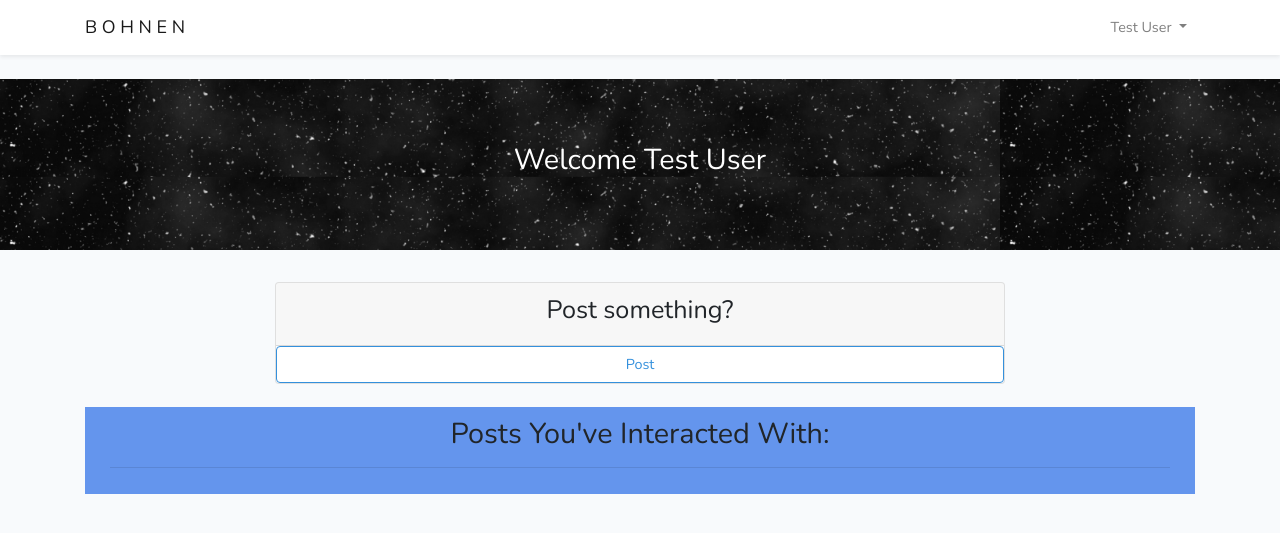
Repository: davidbohnen/BOHNEN
Page: http://localhost/home
An editor plug-in stored every save of this project. The page is shown before and after the next save, followed by the edit.
The browser window is 1280 px wide. The pictures show the whole page.
The page is served by the project's Laravel application, run on PHP 8.4 with Laravel 8. A made-up administrator, Test User (test@example.com), is signed in. Other server files are loaded and not shown.

Above is the page before, as saved 2020-05-05 22:43:24.

### routes/web.php
<?php

use Illuminate\Support\Facades\Route;

/*
|--------------------------------------------------------------------------
| Web Routes
|--------------------------------------------------------------------------
|
| Here is where you can register web routes for your application. These
| routes are loaded by the RouteServiceProvider within a group which
| contains the "web" middleware group. Now create something great!
|
*/

Route::get('/', function () {
    return view('welcome');
});

Auth::routes();

Route::get('/home', 'HomeController@index')->name('home');

Route::get('/post/create', 'PostController@create');
Route::post('/post', 'PostController@store');
Route::get('/warn', 'IndexController@warn');
Route::get('/post/{post}', 'PostController@show');

Route::get('/public', 'IndexController@public');

Route::get('/news', 'IndexController@news');
Route::get('/nope', 'IndexController@nope');


Route::get('/about', 'IndexController@about');
Route::get('/more', 'IndexController@more');
Route::get('/history', 'IndexController@history');
Route::get('/record', 'IndexController@record');
Route::get('/contact', 'IndexController@contact');
Route::get('/live', 'IndexController@live');

### app/User.php
<?php

namespace App;

use Illuminate\Contracts\Auth\MustVerifyEmail;
use Illuminate\Foundation\Auth\User as Authenticatable;
use Illuminate\Notifications\Notifiable;

class User extends Authenticatable
{
    use Notifiable;

    /**
     * The attributes that are mass assignable.
     *
     * @var array
     */
    protected $fillable = [
        'name', 'email', 'password',
    ];

    /**
     * The attributes that should be hidden for arrays.
     *
     * @var array
     */
    protected $hidden = [
        'password', 'remember_token',
    ];

    /**
     * The attributes that should be cast to native types.
     *
     * @var array
     */
    protected $casts = [
        'email_verified_at' => 'datetime',
    ];


    public function post(){
        return $this->hasMany(Post::class);
    }

}

### resources/views/home.blade.php
@extends('layouts.app')

@section('content')

<div class="jumbotron jumbotron-fluid" style= " background-image: url( images/galaback.png ) ; background-size: 1000px;">
      <div class="container" style= "text-align: center; color: white;">
        <h2> Welcome  {{ Auth::user()->name }}  </h2>

      </div>
    </div>

<div class="container">
    <div class="row justify-content-center">
        <div class="col-md-8">
            <div class="card">
                <div class="card-header" style="text-align: center"><h3> Post something?</h3></div>

                <div class="card-body;">
                    @if (session('status'))
                        <div class="alert alert-success" role="alert">
                            {{ session('status') }}
                        </div>
                    @endif

                <a href="/post/create" class="btn btn-outline-primary my-2 my-sm-0" style=" width:100%" >Post</a>

                </div>
            </div>
        </div>


    </div>
    <br>

    <div class="container"  class="row justify-content-center" style = "background-color:cornflowerblue">
    <div style="text-align:center;padding:10px" >
        <h2>Posts You've Interacted With:</h2>
            <hr>
        </div>
    </div>
    </div>


@endsection

### resources/views/layouts/app.blade.php
<!doctype html>
<html lang="{{ str_replace('_', '-', app()->getLocale()) }}">
<head>
    <meta charset="utf-8">
    <meta name="viewport" content="width=device-width, initial-scale=1">

    <!-- CSRF Token -->
    <meta name="csrf-token" content="{{ csrf_token() }}">

    <title>{{ config('BOHNEN', 'B O H N E N') }}</title>


    <!-- Scripts -->
    <script src="{{ asset('js/app.js') }}" defer></script>

    <!-- Fonts -->
    <link rel="dns-prefetch" href="//fonts.gstatic.com">
    <link href="https://fonts.googleapis.com/css?family=Nunito" rel="stylesheet">

    <!-- Styles -->
    <link href="{{ asset('css/app.css') }}" rel="stylesheet">
</head>
<body>
    <div id="app">
        <nav class="navbar navbar-expand-md navbar-light bg-white shadow-sm">
            <div class="container">
                <a class="navbar-brand" href="{{ url('/') }}">
                    {{ config('BOHNEN', 'B O H N E N') }}
                </a>
                <button class="navbar-toggler" type="button" data-toggle="collapse" data-target="#navbarSupportedContent" aria-controls="navbarSupportedContent" aria-expanded="false" aria-label="{{ __('Toggle navigation') }}">
                    <span class="navbar-toggler-icon"></span>
                </button>

                <div class="collapse navbar-collapse" id="navbarSupportedContent">
                    <!-- Left Side Of Navbar -->
                    <ul class="navbar-nav mr-auto">

                    </ul>

                    <!-- Right Side Of Navbar -->
                    <ul class="navbar-nav ml-auto">
                        <!-- Authentication Links -->
                        @guest
                            <li class="nav-item">
                                <a class="nav-link" href="{{ route('login') }}">{{ __('Login') }}</a>
                            </li>
                            @if (Route::has('register'))
                                <li class="nav-item">
                                    <a class="nav-link" href="{{ route('register') }}">{{ __('Register') }}</a>
                                </li>
                            @endif
                        @else
                            <li class="nav-item dropdown">
                                <a id="navbarDropdown" class="nav-link dropdown-toggle" href="#" role="button" data-toggle="dropdown" aria-haspopup="true" aria-expanded="false" v-pre>
                                    {{ Auth::user()->name }} <span class="caret"></span>
                                </a>

                                <div class="dropdown-menu dropdown-menu-right" aria-labelledby="navbarDropdown">
                                <a class="dropdown-item" href="/home">Home

                                       </a>

                                       <a class="dropdown-item" href="/public">Public View

                                       </a>

                                    <a class="dropdown-item" href="{{ route('logout') }}"
                                       onclick="event.preventDefault();
                                                     document.getElementById('logout-form').submit();">
                                        {{ __('Logout') }}
                                    </a>

                                    <form id="logout-form" action="{{ route('logout') }}" method="POST" style="display: none;">
                                        @csrf
                                    </form>
                                </div>
                            </li>
                        @endguest
                    </ul>
                </div>
            </div>
        </nav>

        <main class="py-4">
            @yield('content')
        </main>
    </div>
</body>
</html>

Loaded but not shown: app/Http/Controllers/Auth/LoginController.php (common file); app/Http/Controllers/Controller.php (common file); app/Http/Controllers/Auth/ConfirmPasswordController.php (common file); app/Http/Controllers/HomeController.php (common file); public/css/app.css (library)

After the next save:
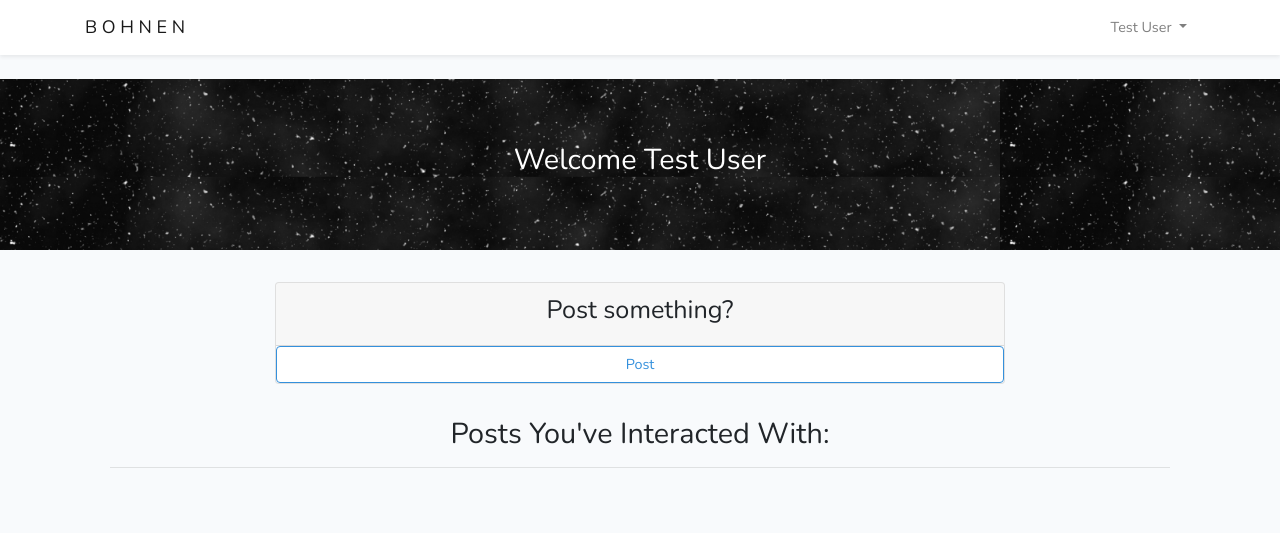
Saved 43 s later.
--- a/resources/views/home.blade.php
+++ b/resources/views/home.blade.php
@@ -32,7 +32,7 @@
     </div>
     <br>
 
-    <div class="container"  class="row justify-content-center" style = "background-color:cornflowerblue">
+    <div class="container"  class="row justify-content-center" >
     <div style="text-align:center;padding:10px" >
         <h2>Posts You've Interacted With:</h2>
             <hr>
